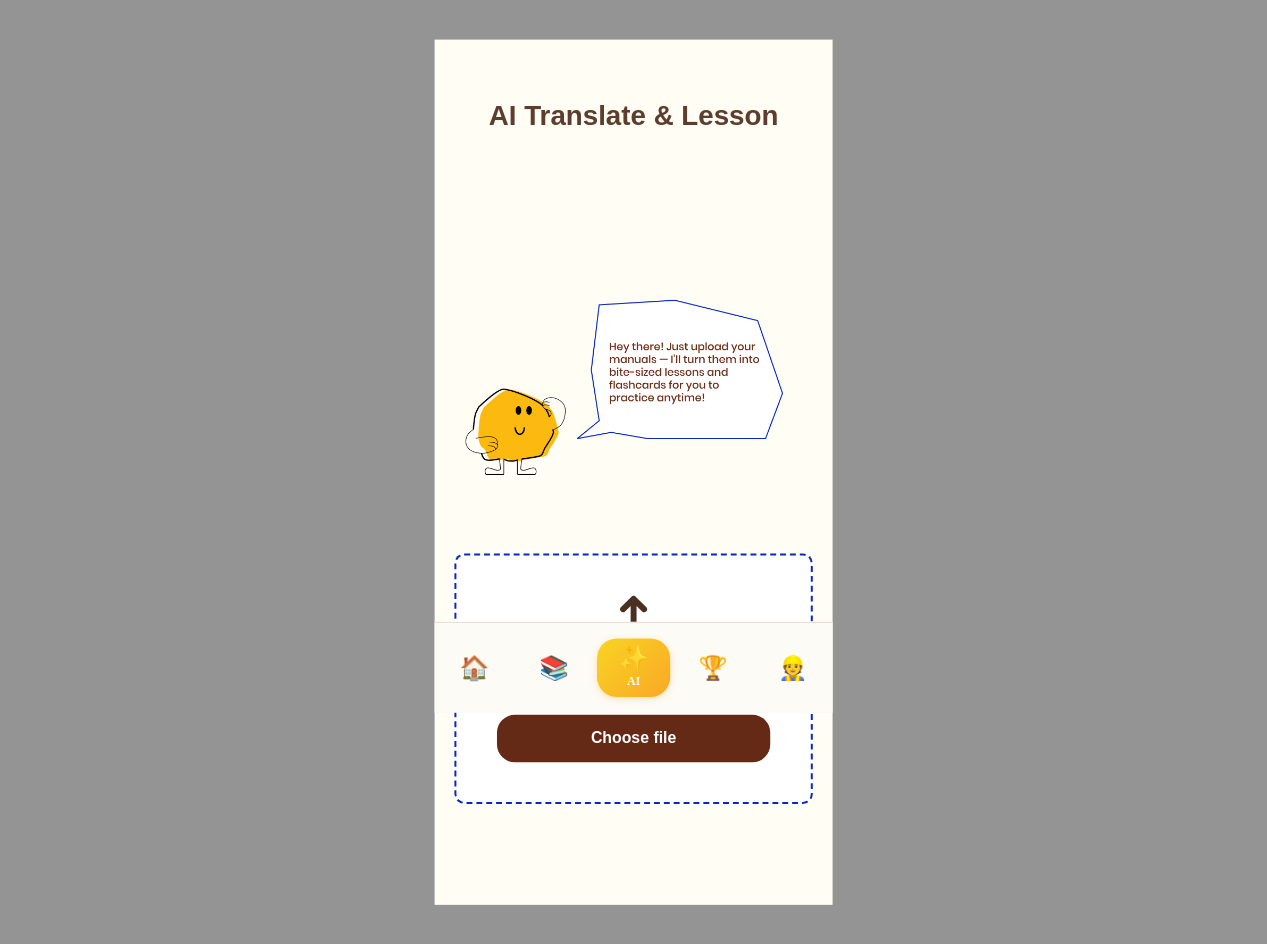
Repository: richelletiongson/Jargon_FrontendShowcase
Page: / (app in jargon_frontend/)
These files come from the project's save history. The page is drawn as it stood at one moment and after the next save; the edit follows.
The browser window is 1280 px wide. The pictures show the whole page, at 99% of full size.
The project was rebuilt for these pictures with package versions that can differ from the ones it lists, and the page was loaded fresh each time. Also part of the build but not shown: jargon_frontend/vite.config.js, jargon_frontend/src/index.css, jargon_frontend/src/home_pages/Home.jsx, jargon_frontend/src/course_pages/Course.jsx, jargon_frontend/src/charts_pages/Charts.jsx, jargon_frontend/src/profile_pages/Profile.jsx.

Above is the page before, as saved 2025-10-22 15:34:11.

### jargon_frontend/index.html
<!doctype html>
<html lang="en">
  <head>
    <meta charset="UTF-8" />
    <link rel="icon" type="image/svg+xml" href="/vite.svg" />
    <meta name="viewport" content="width=device-width, initial-scale=1.0" />
    <title>jargon_frontend</title>
  </head>
  <body>
    <div id="root"></div>
    <script type="module" src="/src/main.jsx"></script>
  </body>
</html>

### jargon_frontend/src/App.jsx
import './App.css'
import NavBar from "./components/NavBar";
import { BrowserRouter, Routes, Route } from "react-router-dom";
import Home from "./home_pages/Home";
import Course from "./course_pages/Course";
import AI from "./ai_pages/AI";
import Charts from "./charts_pages/Charts";
import Profile from "./profile_pages/Profile";

function App() {
  return (
    <BrowserRouter>
            <div className='page'>
                <main className='main-content'>
                    <Routes>
                        <Route
                            path='/'
                            element={<AI />}
                        />
                        <Route
                            path='/home'
                            element={<Home />}
                        />
                        <Route
                            path='/course'
                            element={<Course />}
                        />
                        <Route
                            path='/ai'
                            element={<AI />}
                        />
                        <Route
                            path='/charts'
                            element={<Charts />}
                        />
                        <Route
                            path='/profile'
                            element={<Profile />}
                        />

                    </Routes>
                </main>
                <NavBar />
            </div>
        </BrowserRouter>
  )
}

export default App

### jargon_frontend/src/App.css
* {
  padding: 0;
  margin: 0;
}
main {
  background-color: #949494;
  padding: 0 0 80px 0;
}

### jargon_frontend/src/components/NavBar.jsx
import React from 'react';
import { Link, useLocation } from 'react-router-dom';
import './NavBar.css';

const NavBar = () => {
  const location = useLocation();

  return (
    <div className="bottom-nav">
      <Link to="/home" className={`nav-item ${location.pathname === '/home' ? 'active' : ''}`}>
        <div className="nav-icon">🏠</div>
      </Link>
      <Link to="/course" className={`nav-item ${location.pathname === '/course' ? 'active' : ''}`}>
        <div className="nav-icon">📚</div>
      </Link>
      <Link to="/" className={`nav-item ${location.pathname === '/' ? 'active' : ''}`}>
        <div className="nav-icon">✨</div>
        <span className="nav-text">AI</span>
      </Link>
      <Link to="/charts" className={`nav-item ${location.pathname === '/charts' ? 'active' : ''}`}>
        <div className="nav-icon">🏆</div>
      </Link>
      <Link to="/profile" className={`nav-item ${location.pathname === '/profile' ? 'active' : ''}`}>
        <div className="nav-icon">👷</div>
      </Link>
    </div>
  );
};

export default NavBar;

### jargon_frontend/src/ai_pages/AI.jsx
import React, { useState } from 'react';
import './AI.css';
import UploadIcon from '../assets/Upload_Icon.svg';
import RockyImage from '../assets/AI_Rocky.PNG';

const AI = () => {
  const [selectedFile, setSelectedFile] = useState(null);

  const handleFileChange = (event) => {
    const file = event.target.files[0];
    if (file) {
      setSelectedFile(file);
    }
  };

  return (
    <div className="ai-page">
              <h1 className="page-title">AI Translate & Lesson</h1>
      {/* Main Content */}
      <div className="main-content">
        <div className='rocky-container'>
          <img src={RockyImage} alt="Rocky" className="rocky-image" />
        </div>
        <div className="file-upload-container">
          <div className="file-upload-area">
            <img src={UploadIcon} alt="Upload" className="upload-icon" />
            <p className="upload-text">Upload your PDF file (max 50 MB)</p>
            <input
              type="file"
              id="file-input"
              accept=".pdf"
              onChange={handleFileChange}
              style={{ display: 'none' }}
            />
            <label htmlFor="file-input" className="choose-file-btn">
              Choose file
            </label>
            {selectedFile && (
              <p className="selected-file">Selected: {selectedFile.name}</p>
            )}
          </div>
        </div>
      </div>

    </div>
  );
};

export default AI;

### jargon_frontend/src/components/NavBar.css
/* Bottom Navigation Styles */
.bottom-nav {
  display: flex;
  justify-content: space-around;
  align-items: center;
  background-color: #FDFBF6;
  padding: 16px 0;
  width: 402px;
  border-top: 1px solid #E8D5C4;
  position: fixed;
  bottom: 0;
  left: 50%;
  transform: translateX(-50%);
  z-index: 100;
}

.nav-item {
  display: flex;
  flex-direction: column;
  align-items: center;
  gap: 4px;
  padding: 8px 12px;
  border-radius: 20px;
  transition: all 0.3s ease;
  cursor: pointer;
  min-width: 50px;
  text-decoration: none;
  color: inherit;
}

.nav-item:hover {
  background-color: #F5F0E8;
}

.nav-item.active {
  background: linear-gradient(135deg, #F9D423 0%, #F9A826 100%);
  color: white;
  box-shadow: 0 2px 8px rgba(249, 164, 38, 0.3);
}

.nav-icon {
  font-size: 24px;
  line-height: 1;
}

.nav-text {
  font-size: 12px;
  font-weight: 600;
  color: inherit;
}

.nav-item:not(.active) .nav-icon {
  color: #5C3D2E;
}

/* Responsive Design */
@media (max-width: 480px) {
  .nav-icon {
    font-size: 20px;
  }

  .nav-text {
    font-size: 10px;
  }
}

### jargon_frontend/src/home_pages/Home.css
/* Home Page Styles */
.home-page {
  min-height: 100vh;
  background-color: #FDFBF6;
  display: flex;
  flex-direction: column;
  font-family: -apple-system, BlinkMacSystemFont, 'Segoe UI', 'Roboto', sans-serif;
}

.status-bar {
  display: flex;
  justify-content: space-between;
  align-items: center;
  padding: 12px 20px;
  background-color: #FDFBF6;
  color: #5C3D2E;
  font-size: 16px;
  font-weight: 600;
}

.status-icons {
  display: flex;
  gap: 8px;
  font-size: 18px;
}

.main-content {
  flex: 1;
  padding: 40px 20px;
  display: flex;
  flex-direction: column;
  align-items: center;
  justify-content: center;
  text-align: center;
}

.page-title {
  font-size: 28px;
  font-weight: bold;
  color: #5C3D2E;
  margin-bottom: 20px;
}

.coming-soon {
  color: #5C3D2E;
  font-size: 18px;
  opacity: 0.7;
}

### jargon_frontend/src/course_pages/Course.css
/* Course Page Styles */
.course-page {
  min-height: 100vh;
  background-color: #FDFBF6;
  display: flex;
  flex-direction: column;
  font-family: -apple-system, BlinkMacSystemFont, 'Segoe UI', 'Roboto', sans-serif;
}

.status-bar {
  display: flex;
  justify-content: space-between;
  align-items: center;
  padding: 12px 20px;
  background-color: #FDFBF6;
  color: #5C3D2E;
  font-size: 16px;
  font-weight: 600;
}

.status-icons {
  display: flex;
  gap: 8px;
  font-size: 18px;
}

.main-content {
  flex: 1;
  padding: 40px 20px;
  display: flex;
  flex-direction: column;
  align-items: center;
  justify-content: center;
  text-align: center;
}

.page-title {
  font-size: 28px;
  font-weight: bold;
  color: #5C3D2E;
  margin-bottom: 20px;
}

.coming-soon {
  color: #5C3D2E;
  font-size: 18px;
  opacity: 0.7;
}

### jargon_frontend/src/ai_pages/AI.css
/* AI Page Styles */
.ai-page {
  min-height: 874px;
  width: 402px;
  background-color: #FFFDF4;
  display: flex;
  flex-direction: column;
  font-family: poppins, sans-serif;
  margin: 0;
  padding: 0;
}

/* Main Content */
.main-content {
  flex: 1;
  display: flex;
  flex-direction: column;
  align-items: center;
  justify-content: flex-start;
  text-align: center;
}

.page-title {
  font-size: 28px;
  font-weight: bold;
  color: #5C3D2E;
  margin: 0 0 40px 0;
  padding: 60px 20px 0 20px;
  line-height: 1.2;
}

.rocky-container {
  display: flex;
  justify-content: center;
  align-items: center;
  margin-bottom: 30px;
}

.rocky-image {
  width: 120%;
  max-width: 120%;
  height: auto;
  border-radius: 8px;
}

.file-upload-container {
  width: 100%;
  max-width: 400px;
  margin: 0 auto;
}

.file-upload-area {
  background-color: white;
  border: 2px dashed #0828C0;
  border-radius: 10px;
  padding: 40px 20px;
  display: flex;
  flex-direction: column;
  align-items: center;
  gap: 20px;
}

.upload-icon {
  width: 48px;
  height: 48px;
  color: #6F2E17;
  margin-bottom: 10px;
}

.upload-text {
  color: #5C3D2E;
  font-size: 16px;
  margin: 0;
  line-height: 1.4;
}

.choose-file-btn {
  background-color: #652A15;
  color: white;
  border-radius: 18px;
  border: none;
  font-size: 16px;
  font-weight: 600;
  display: flex;
  justify-content: center;
  align-items: center;
  width: 276px;
  height: 48px;
}

.selected-file {
  color: #5C3D2E;
  font-size: 14px;
  margin: 10px 0 0 0;
  font-style: italic;
}

### jargon_frontend/src/charts_pages/Charts.css
/* Charts Page Styles */
.charts-page {
  min-height: 100vh;
  background-color: #FDFBF6;
  display: flex;
  flex-direction: column;
  font-family: -apple-system, BlinkMacSystemFont, 'Segoe UI', 'Roboto', sans-serif;
}

.status-bar {
  display: flex;
  justify-content: space-between;
  align-items: center;
  padding: 12px 20px;
  background-color: #FDFBF6;
  color: #5C3D2E;
  font-size: 16px;
  font-weight: 600;
}

.status-icons {
  display: flex;
  gap: 8px;
  font-size: 18px;
}

.main-content {
  flex: 1;
  padding: 40px 20px;
  display: flex;
  flex-direction: column;
  align-items: center;
  justify-content: center;
  text-align: center;
}

.page-title {
  font-size: 28px;
  font-weight: bold;
  color: #5C3D2E;
  margin-bottom: 20px;
}

.coming-soon {
  color: #5C3D2E;
  font-size: 18px;
  opacity: 0.7;
}

### jargon_frontend/src/profile_pages/Profile.css
/* Profile Page Styles */
.profile-page {
  min-height: 100vh;
  background-color: #FDFBF6;
  display: flex;
  flex-direction: column;
  font-family: -apple-system, BlinkMacSystemFont, 'Segoe UI', 'Roboto', sans-serif;
}

.status-bar {
  display: flex;
  justify-content: space-between;
  align-items: center;
  padding: 12px 20px;
  background-color: #FDFBF6;
  color: #5C3D2E;
  font-size: 16px;
  font-weight: 600;
}

.status-icons {
  display: flex;
  gap: 8px;
  font-size: 18px;
}

.main-content {
  flex: 1;
  padding: 40px 20px;
  display: flex;
  flex-direction: column;
  align-items: center;
  justify-content: center;
  text-align: center;
}

.page-title {
  font-size: 28px;
  font-weight: bold;
  color: #5C3D2E;
  margin-bottom: 20px;
}

.coming-soon {
  color: #5C3D2E;
  font-size: 18px;
  opacity: 0.7;
}

Loaded but not shown: jargon_frontend/src/main.jsx (common file)

After the next save:
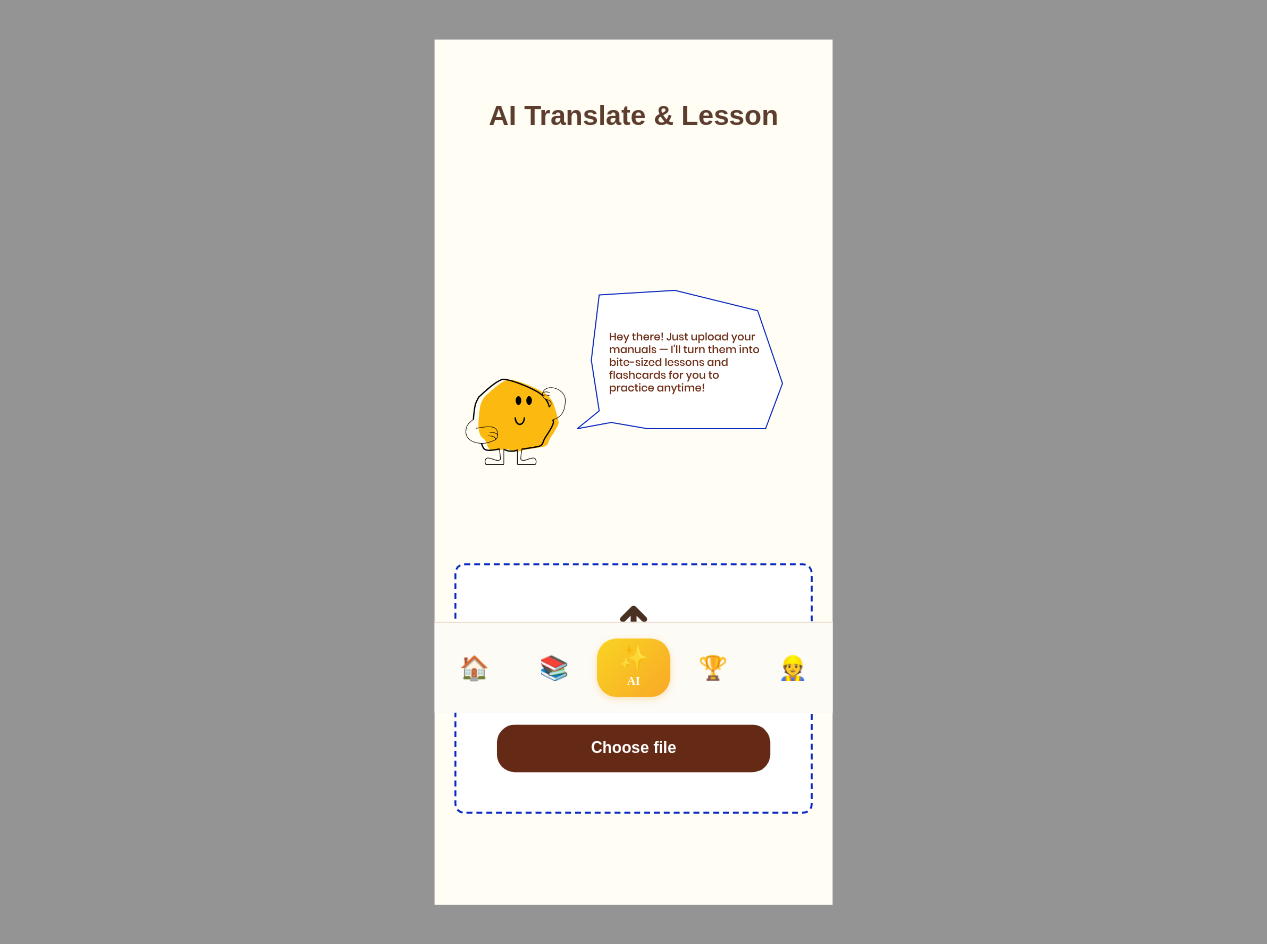
Saved 7 s later.
--- a/jargon_frontend/src/ai_pages/AI.css
+++ b/jargon_frontend/src/ai_pages/AI.css
@@ -33,7 +33,7 @@
   display: flex;
   justify-content: center;
   align-items: center;
-  margin-bottom: 30px;
+  margin-bottom: 50px;
 }
 
 .rocky-image {

After the save that followed:
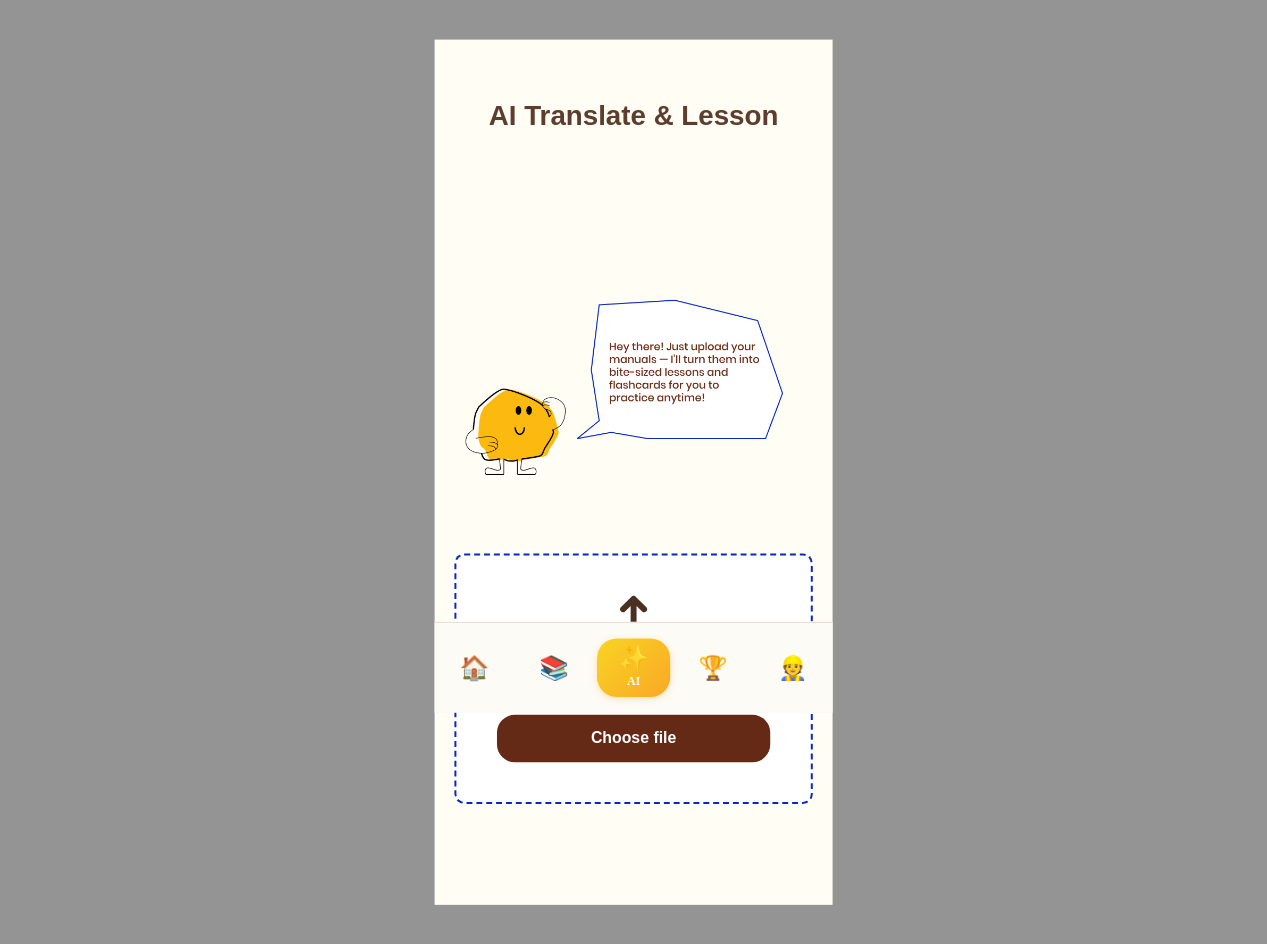
Saved 9 s later.
--- a/jargon_frontend/src/ai_pages/AI.css
+++ b/jargon_frontend/src/ai_pages/AI.css
@@ -33,7 +33,7 @@
   display: flex;
   justify-content: center;
   align-items: center;
-  margin-bottom: 50px;
+  margin-bottom: 30px;
 }
 
 .rocky-image {
